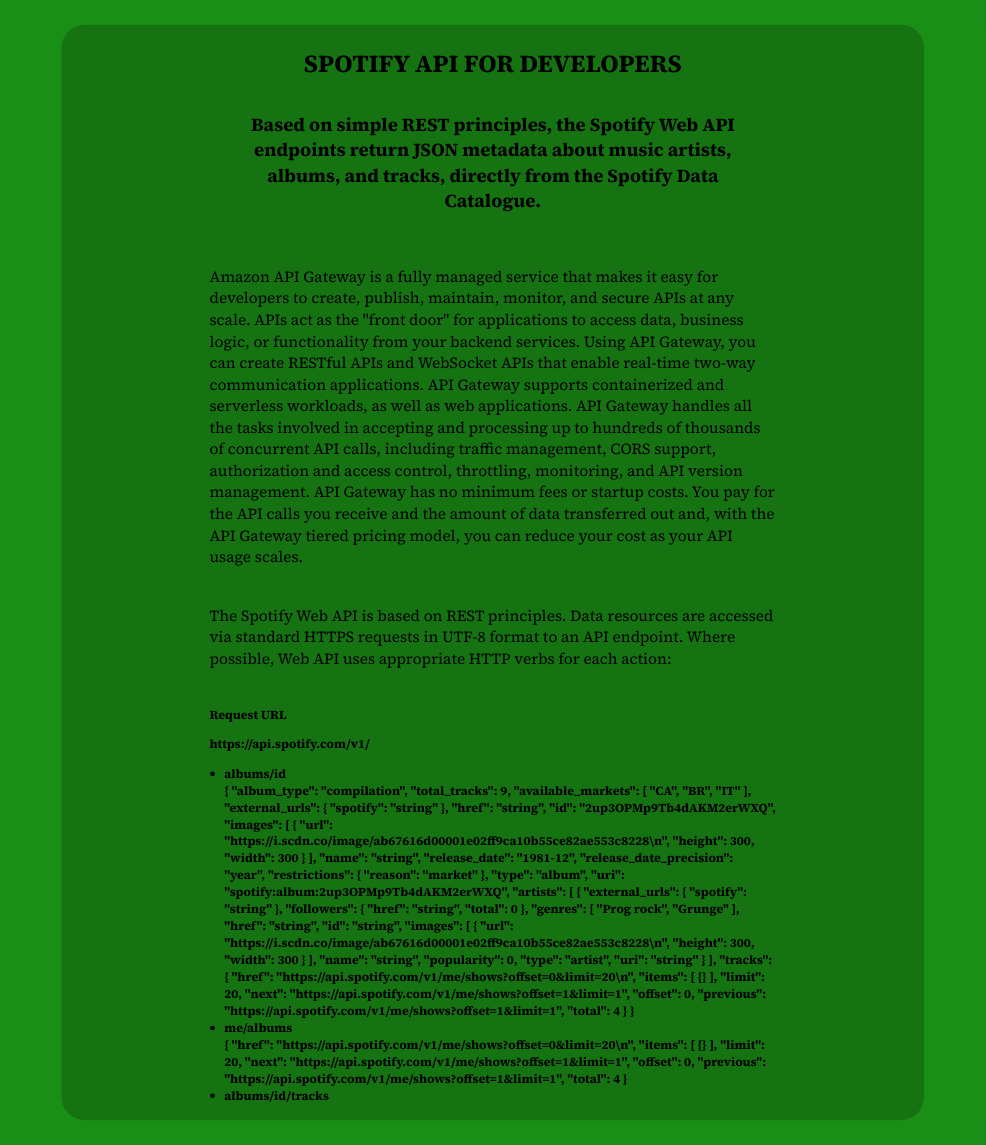
Repository: eliasihai/dizza-html-project
Page: index.html
An editor plug-in stored every save of this project. The page is shown before and after a run of saves, followed by the edit.
The browser window is 1280 px wide. The pictures show the whole page, at 77% of full size.

Above is the page before, as saved 2022-01-27 00:45:44.

### index.html
<!DOCTYPE html>
<html lang="en">
  <head>
    <meta charset="UTF-8" />
    <meta http-equiv="X-UA-Compatible" content="IE=edge" />
    <meta name="viewport" content="width=device-width, initial-scale=1.0" />
    <link rel="stylesheet" href="style.css" />
    <link rel="preconnect" href="https://fonts.googleapis.com" />
    <link rel="preconnect" href="https://fonts.gstatic.com" crossorigin />
    <link
      href="https://fonts.googleapis.com/css2?family=Source+Serif+4:ital,wght@0,300;0,400;0,500;0,700;1,300;1,700&display=swap"
      rel="stylesheet"
    />
    <title>Spotify API</title>
  </head>
  <body>
    <div class="container">
      <div class="header_container">
        <!-- <div>
          <img
            src="./png-transparent-youtube-logo-youtube-logo-computer-icons-subscribe-angle-rectangle-airplane.png"
            width="150px"
            alt="This is AWS API image"
          />
        </div> -->
        <div class="title_style">
          <h1>SPOTIFY API FOR DEVELOPERS</h1>
          <h2>
            Based on simple REST principles, the Spotify Web API endpoints
            return JSON metadata about music artists, albums, and tracks,
            directly from the Spotify Data Catalogue.
          </h2>
        </div>
      </div>

      <div class="describe_container">
        <div class="describe_text">
          Amazon API Gateway is a fully managed service that makes it easy for
          developers to create, publish, maintain, monitor, and secure APIs at
          any scale. APIs act as the "front door" for applications to access
          data, business logic, or functionality from your backend services.
          Using API Gateway, you can create RESTful APIs and WebSocket APIs that
          enable real-time two-way communication applications. API Gateway
          supports containerized and serverless workloads, as well as web
          applications. API Gateway handles all the tasks involved in accepting
          and processing up to hundreds of thousands of concurrent API calls,
          including traffic management, CORS support, authorization and access
          control, throttling, monitoring, and API version management. API
          Gateway has no minimum fees or startup costs. You pay for the API
          calls you receive and the amount of data transferred out and, with the
          API Gateway tiered pricing model, you can reduce your cost as your API
          usage scales.
        </div>
        <div class="about_request">
          The Spotify Web API is based on REST principles. Data resources are
          accessed via standard HTTPS requests in UTF-8 format to an API
          endpoint. Where possible, Web API uses appropriate HTTP verbs for
          each action:
        </div>
        <div class="list_container">
          <div class="request_p">Request URL</div>
          <p>https://api.spotify.com/v1/</p>
          <ul>
            <div>
              <li>
                albums/id
              </li>
              <div>
                {
                  "album_type": "compilation",
                  "total_tracks": 9,
                  "available_markets": [
                    "CA",
                    "BR",
                    "IT"
                  ],
                  "external_urls": {
                    "spotify": "string"
                  },
                  "href": "string",
                  "id": "2up3OPMp9Tb4dAKM2erWXQ",
                  "images": [
                    {
                      "url": "https://i.scdn.co/image/ab67616d00001e02ff9ca10b55ce82ae553c8228\n",
                      "height": 300,
                      "width": 300
                    }
                  ],
                  "name": "string",
                  "release_date": "1981-12",
                  "release_date_precision": "year",
                  "restrictions": {
                    "reason": "market"
                  },
                  "type": "album",
                  "uri": "spotify:album:2up3OPMp9Tb4dAKM2erWXQ",
                  "artists": [
                    {
                      "external_urls": {
                        "spotify": "string"
                      },
                      "followers": {
                        "href": "string",
                        "total": 0
                      },
                      "genres": [
                        "Prog rock",
                        "Grunge"
                      ],
                      "href": "string",
                      "id": "string",
                      "images": [
                        {
                          "url": "https://i.scdn.co/image/ab67616d00001e02ff9ca10b55ce82ae553c8228\n",
                          "height": 300,
                          "width": 300
                        }
                      ],
                      "name": "string",
                      "popularity": 0,
                      "type": "artist",
                      "uri": "string"
                    }
                  ],
                  "tracks": {
                    "href": "https://api.spotify.com/v1/me/shows?offset=0&limit=20\n",
                    "items": [
                      {}
                    ],
                    "limit": 20,
                    "next": "https://api.spotify.com/v1/me/shows?offset=1&limit=1",
                    "offset": 0,
                    "previous": "https://api.spotify.com/v1/me/shows?offset=1&limit=1",
                    "total": 4
                  }
                }
              </div>
            </div>
            <div>
              <li>
                me/albums
              </li>
              <div>
                {
                  "href": "https://api.spotify.com/v1/me/shows?offset=0&limit=20\n",
                  "items": [
                    {}
                  ],
                  "limit": 20,
                  "next": "https://api.spotify.com/v1/me/shows?offset=1&limit=1",
                  "offset": 0,
                  "previous": "https://api.spotify.com/v1/me/shows?offset=1&limit=1",
                  "total": 4
                }
              </div>
            </div>

            <li>
              albums/id/tracks
            </li>
          </ul>
        </div>
      </div>
    </div>
  </body>
</html>

### style.css
body,
html {
  /* height: 100%; */
  margin: 0;
  font-family: "Source Serif 4", sans-serif;
  /* background-image: url("/download.png");
   */
  background-color: rgba(26, 143, 22);
  /* color: rgb(43, 39, 39); */
}
.container {
  height: 80%;
  /* background-position: center; */
  /* background-repeat: no-repeat; */
  /* background-size: cover; */
  padding: 0.4em 10em;
  margin: 2em 5em;
  background-color: rgba(0, 0, 0, 0.2);
  border-radius: 30px;
}
.header_container {
  display: flex;
  flex-direction: column;
}
.title_style {
  display: flex;
  flex-direction: column;
  text-align: center;
}
.title_style h2 {
  padding: 0 3em;
}
.describe_container .about_request,
.describe_container .describe_text {
  margin: 3rem 2rem;
  font-size: 1.25em;
}
/* .describe_text {
  margin: 3rem 2rem;
} */
.list_container {
  /* display: flex;
  align-items: center;
  justify-content: flex-start;
  flex: 50%; */
  font-weight: 600;
  margin: 0.1rem 2rem !important;
}
.list_container ul{
  padding-left: 1.2em !important;
}
.list_container p{
  /*  */
}

After the next 2 saves:
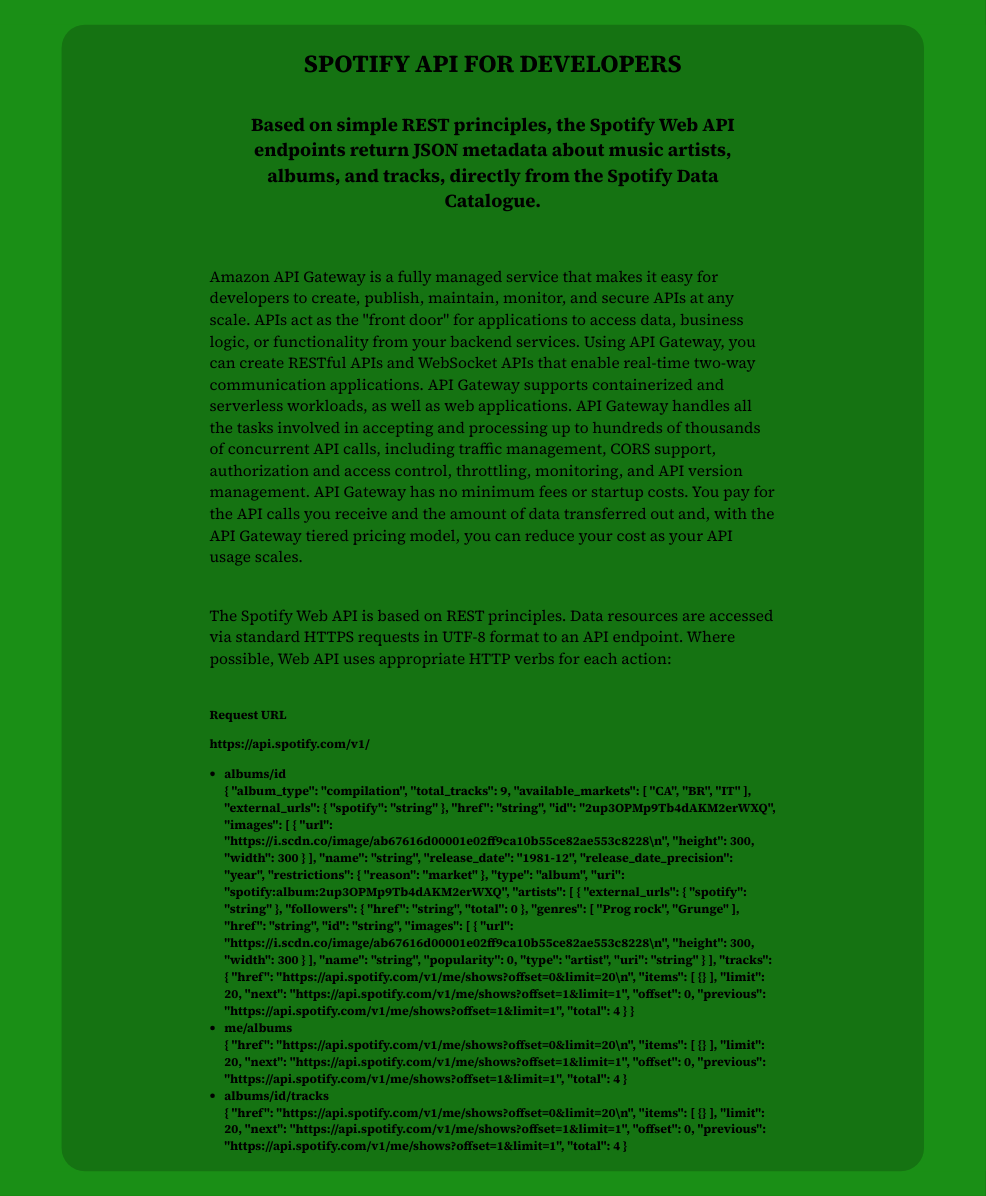
The 2 saves are shown as one change because they came seconds apart.
The last was saved 68 s later.
--- a/index.html
+++ b/index.html
@@ -54,110 +54,63 @@
         <div class="about_request">
           The Spotify Web API is based on REST principles. Data resources are
           accessed via standard HTTPS requests in UTF-8 format to an API
-          endpoint. Where possible, Web API uses appropriate HTTP verbs for
-          each action:
+          endpoint. Where possible, Web API uses appropriate HTTP verbs for each
+          action:
         </div>
         <div class="list_container">
           <div class="request_p">Request URL</div>
           <p>https://api.spotify.com/v1/</p>
           <ul>
             <div>
-              <li>
-                albums/id
-              </li>
+              <li>albums/id</li>
               <div>
-                {
-                  "album_type": "compilation",
-                  "total_tracks": 9,
-                  "available_markets": [
-                    "CA",
-                    "BR",
-                    "IT"
-                  ],
-                  "external_urls": {
-                    "spotify": "string"
-                  },
-                  "href": "string",
-                  "id": "2up3OPMp9Tb4dAKM2erWXQ",
-                  "images": [
-                    {
-                      "url": "https://i.scdn.co/image/ab67616d00001e02ff9ca10b55ce82ae553c8228\n",
-                      "height": 300,
-                      "width": 300
-                    }
-                  ],
-                  "name": "string",
-                  "release_date": "1981-12",
-                  "release_date_precision": "year",
-                  "restrictions": {
-                    "reason": "market"
-                  },
-                  "type": "album",
-                  "uri": "spotify:album:2up3OPMp9Tb4dAKM2erWXQ",
-                  "artists": [
-                    {
-                      "external_urls": {
-                        "spotify": "string"
-                      },
-                      "followers": {
-                        "href": "string",
-                        "total": 0
-                      },
-                      "genres": [
-                        "Prog rock",
-                        "Grunge"
-                      ],
-                      "href": "string",
-                      "id": "string",
-                      "images": [
-                        {
-                          "url": "https://i.scdn.co/image/ab67616d00001e02ff9ca10b55ce82ae553c8228\n",
-                          "height": 300,
-                          "width": 300
-                        }
-                      ],
-                      "name": "string",
-                      "popularity": 0,
-                      "type": "artist",
-                      "uri": "string"
-                    }
-                  ],
-                  "tracks": {
-                    "href": "https://api.spotify.com/v1/me/shows?offset=0&limit=20\n",
-                    "items": [
-                      {}
-                    ],
-                    "limit": 20,
-                    "next": "https://api.spotify.com/v1/me/shows?offset=1&limit=1",
-                    "offset": 0,
-                    "previous": "https://api.spotify.com/v1/me/shows?offset=1&limit=1",
-                    "total": 4
-                  }
-                }
+                { "album_type": "compilation", "total_tracks": 9,
+                "available_markets": [ "CA", "BR", "IT" ], "external_urls": {
+                "spotify": "string" }, "href": "string", "id":
+                "2up3OPMp9Tb4dAKM2erWXQ", "images": [ { "url":
+                "https://i.scdn.co/image/ab67616d00001e02ff9ca10b55ce82ae553c8228\n",
+                "height": 300, "width": 300 } ], "name": "string",
+                "release_date": "1981-12", "release_date_precision": "year",
+                "restrictions": { "reason": "market" }, "type": "album", "uri":
+                "spotify:album:2up3OPMp9Tb4dAKM2erWXQ", "artists": [ {
+                "external_urls": { "spotify": "string" }, "followers": { "href":
+                "string", "total": 0 }, "genres": [ "Prog rock", "Grunge" ],
+                "href": "string", "id": "string", "images": [ { "url":
+                "https://i.scdn.co/image/ab67616d00001e02ff9ca10b55ce82ae553c8228\n",
+                "height": 300, "width": 300 } ], "name": "string", "popularity":
+                0, "type": "artist", "uri": "string" } ], "tracks": { "href":
+                "https://api.spotify.com/v1/me/shows?offset=0&limit=20\n",
+                "items": [ {} ], "limit": 20, "next":
+                "https://api.spotify.com/v1/me/shows?offset=1&limit=1",
+                "offset": 0, "previous":
+                "https://api.spotify.com/v1/me/shows?offset=1&limit=1", "total":
+                4 } }
               </div>
             </div>
             <div>
-              <li>
-                me/albums
-              </li>
+              <li>me/albums</li>
               <div>
-                {
-                  "href": "https://api.spotify.com/v1/me/shows?offset=0&limit=20\n",
-                  "items": [
-                    {}
-                  ],
-                  "limit": 20,
-                  "next": "https://api.spotify.com/v1/me/shows?offset=1&limit=1",
-                  "offset": 0,
-                  "previous": "https://api.spotify.com/v1/me/shows?offset=1&limit=1",
-                  "total": 4
-                }
+                { "href":
+                "https://api.spotify.com/v1/me/shows?offset=0&limit=20\n",
+                "items": [ {} ], "limit": 20, "next":
+                "https://api.spotify.com/v1/me/shows?offset=1&limit=1",
+                "offset": 0, "previous":
+                "https://api.spotify.com/v1/me/shows?offset=1&limit=1", "total":
+                4 }
               </div>
             </div>
-
-            <li>
-              albums/id/tracks
-            </li>
+            <div>
+              <li>albums/id/tracks</li>
+              <div>
+                { "href":
+                "https://api.spotify.com/v1/me/shows?offset=0&limit=20\n",
+                "items": [ {} ], "limit": 20, "next":
+                "https://api.spotify.com/v1/me/shows?offset=1&limit=1",
+                "offset": 0, "previous":
+                "https://api.spotify.com/v1/me/shows?offset=1&limit=1", "total":
+                4 }
+              </div>
+            </div>
           </ul>
         </div>
       </div>
